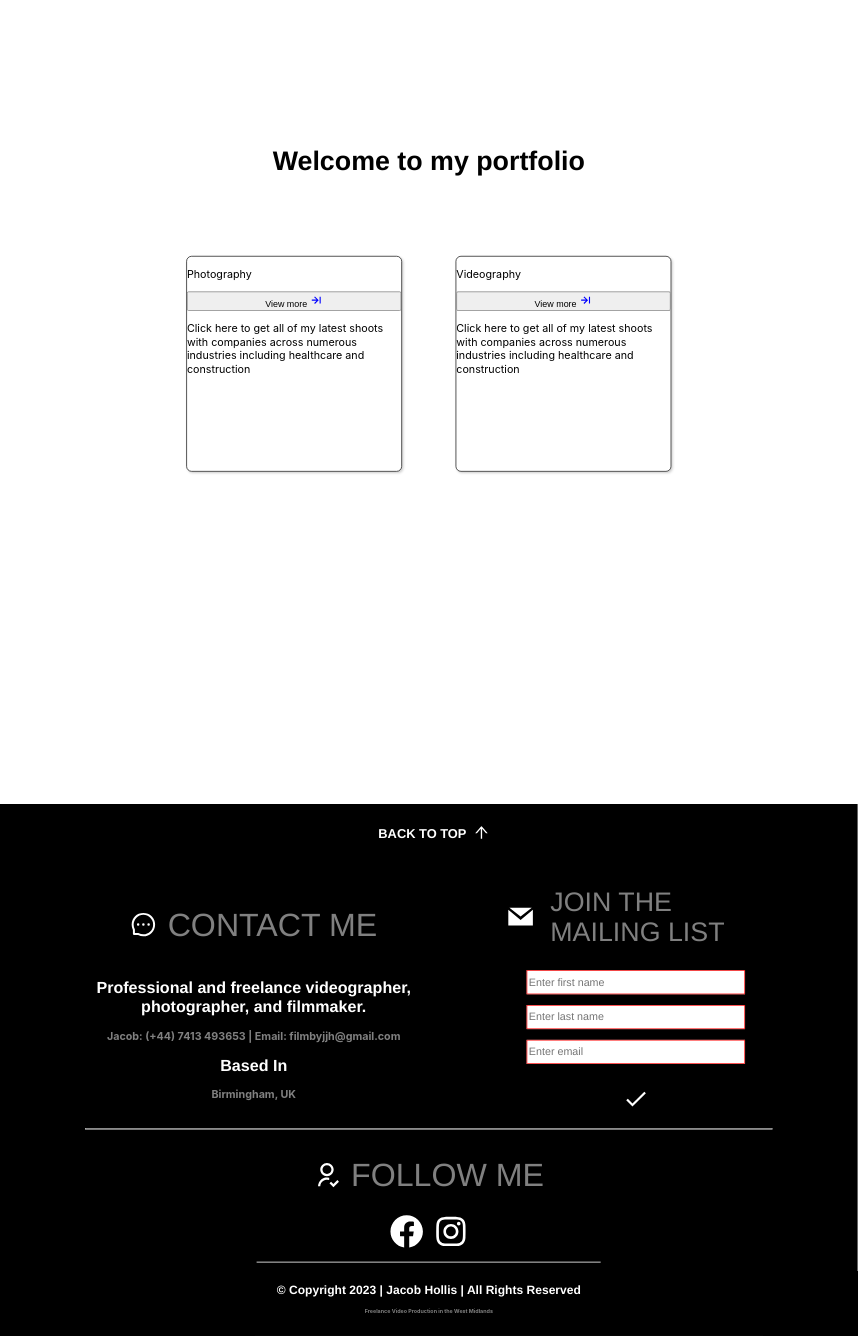
Repository: ThomasMTurner/filmbyjjh-portfolio
Page: /portfolio (app in client/)
An editor plug-in stored every save of this project. The page is shown before and after the next save, followed by the edit.
The browser window is 1280 px wide. The pictures show the whole page, at 67% of full size.
The project was rebuilt for these pictures with package versions that can differ from the ones it lists, and the page was loaded fresh each time. Also part of the build but not shown: client/vite.config.js, client/src/pages/Components/TagComponents.jsx, client/src/pages/Components/Post.jsx, client/src/pages/Components/SearchBar.jsx, client/src/pages/Updates.jsx, client/src/pages/Contact.jsx, client/src/pages/Components/InitialLogin.jsx, client/src/pages/Home.jsx and 2 more. Imported but missing from the stored project, and not drawn on this page: client/src/pages/Components/Videos/header.mp4, client/src/pages/Components/Videos/portfolio-reel.mp4.

Above is the page before, as saved 2023-10-20 12:48:02.

### client/public/index.html
<!DOCTYPE html>
<html lang="en">
  <head>
    <meta charset="utf-8" />
    <link rel="icon" href="%PUBLIC_URL%/favicon2.ico" />
    <meta name="viewport" content="width=device-width, initial-scale=1" />
    <meta name="theme-color" content="#000000" />
    <meta
      name="description"
      content="Web site created using create-react-app"
    />
    <link rel="apple-touch-icon" href="%PUBLIC_URL%/logo192.png" />
    <!--
      manifest.json provides metadata used when your web app is installed on a
      user's mobile device or desktop. See https://developers.google.com/web/fundamentals/web-app-manifest/
    -->
    <link rel="manifest" href="%PUBLIC_URL%/manifest.json" />
    <!--
      Notice the use of %PUBLIC_URL% in the tags above.
      It will be replaced with the URL of the `public` folder during the build.
      Only files inside the `public` folder can be referenced from the HTML.

      Unlike "/favicon.ico" or "favicon.ico", "%PUBLIC_URL%/favicon.ico" will
      work correctly both with client-side routing and a non-root public URL.
      Learn how to configure a non-root public URL by running `npm run build`.
    -->
    <title>FILM.BY.JJH</title>
  </head>
  <body>
    <noscript>You need to enable JavaScript to run this app.</noscript>
    <div id="root"></div>
    <!--
      This HTML file is a template.
      If you open it directly in the browser, you will see an empty page.

      You can add webfonts, meta tags, or analytics to this file.
      The build step will place the bundled scripts into the <body> tag.

      To begin the development, run `npm start` or `yarn start`.
      To create a production bundle, use `npm run build` or `yarn build`.
    -->
  </body>
</html>

### client/src/index.jsx
import React from 'react';
import ReactDOM from 'react-dom/client';
import './index.css';
import App from './App';
import { UserRoleProvider } from './userRoleContext';


const root = ReactDOM.createRoot(document.getElementById('root'));
root.render(
  <React.StrictMode>
    <UserRoleProvider>
      <App />
    </UserRoleProvider>
  </React.StrictMode>
);

### client/src/App.jsx
import { useLocation, useNavigate, Route, Outlet, BrowserRouter as Router, Routes} from 'react-router-dom';
import { useEffect, useState, Suspense } from 'react';
import { CSSTransition } from 'react-transition-group';
import { ColorRing } from 'react-loader-spinner';
import React from 'react';
import NavBar from "./pages/Components/Navbar"
import Footer from "./pages/Components/Footer";
import Updates from './pages/Updates';
import Contact from './pages/Contact';
import Home from './pages/Home';
import { EventHighlights, PromotionalMaterial } from './pages/Videography';
import SubNav from './pages/Components/SubNav';
import Portfolio from './pages/Portfolio';


//page to capture individual shoots or projects, want back button at top right with title

const VideoPage = () => {
  const navigate = useNavigate();
  const location = useLocation();

  useEffect(() => {
    if (location.pathname == '/video'){
      navigate('/video/event-highlights');
    }
  }, [navigate, location]);

  return (
    <div className='video-page-wrapper'>
      <div className='sideline-content'>
        <SubNav
          title="Videography Content"
          parentLink="video"
          links={{"Event highlights": "event-highlights", "Promotional material": "promotional-material", "Drone footage": "my-first-highlight-reel" }}
          subLinks={{'event highlights': {"Shoots": {"Atlas Gym": "/video/links/atlas-gym"}, "Individual projects":{}}}}
          className='subnav'
        />
        <p className='sideline-content-text'>Welcome to the videography page, you can view all of my highlighted video projects on the right by scrolling. You can also look into each project by clicking on the button inside the caption. </p>
      </div>

      <div className='page-content-wrapper'>
        <Routes>
          <Route path="/event-highlights" element={<EventHighlights />} />
          <Route path="/promotional-material" element={<PromotionalMaterial />} />
        </Routes>
      </div>
    </div>
  );
};




const PhotoPage = () => {
    const navigate = useNavigate();
    const location = useLocation();

    useEffect(() => {
      if (location.pathname == '/video'){
        navigate('/video/event-highlights');
      }
    }, [navigate, location]);

    return (
      <div className='photo-page-wrapper'>
        <SubNav
          title="Photography Content"
          parentLink="photo"
          links={{}}
        />
        <Routes>
          <Route path="/" element={<EventHighlights />} />
        </Routes>
      </div>
    );

}


const LoadingPage = () => {
  return (
    <div className='loading-page'>
      <ColorRing
        className='loading-spinner'
        visible={true}
        height="100"
        width="100"
        ariaLabel="blocks-loading"
        wrapperStyle={{}}
        wrapperClass="blocks-wrapper"
        colors={['#000000', '#808080', '#C0C0C0', '#808080', '#000000']}
    />

      <p>Loading, please wait...</p>
    </div>
  )
}


const Layout = () => {
  const [showFooter, setShowFooter] = useState(false);

  useEffect(() => {
    const handleScroll = () => {
      const content = document.getElementById('content');
      if (content) {
        const scrollOffset = content.offsetHeight - document.documentElement.clientHeight;
        setShowFooter(window.pageYOffset >= scrollOffset);

      }
    };

    window.addEventListener('scroll', handleScroll);

    return () => {
      window.removeEventListener('scroll', handleScroll);
    };
  }, []);


      return (
        <div className='layout-wrapper'>
          <CSSTransition
           in={!showFooter}
           timeout={300}
           classNames='nav-transition'
           unmountOnExit>
            <NavBar id='nav' />
          </CSSTransition>
          <div id="content">
            <Outlet/>
          </div>
          <Footer/>
        </div>
      );
    };

/*
Notes for later:


*/


export default function App() {
  return (
    <div className="App">
      <Router>
        <Suspense fallback={<LoadingPage />} timeout={200}>
          <Routes>
            <Route path="/" element={<Layout />}>
              <Route index element={<Home />} />
              <Route path="/updates" element={<Updates />} />
              <Route path="/contact" element={<Contact />} />
              <Route path="/portfolio" element={<Portfolio/>} />
                <Route path="/portfolio/video/*" element={<VideoPage />} />
                <Route path="/portfolio/photo/*" element={<PhotoPage />} />
            </Route>
          </Routes>
        </Suspense>
      </Router>
    </div>
  );
}

### client/src/userRoleContext.jsx
import {useState, createContext} from 'react';

export const UserRoleContext = createContext();

export const UserRoleProvider = ({children}) => {
    const [userRole, setUserRole] = useState(null);
    return (
        <UserRoleContext.Provider value ={{userRole, setUserRole}}>
            {children}
        </UserRoleContext.Provider>
    );
};

### client/src/pages/Components/Navbar.jsx
import './main_styles.css'
import JacobLogo from './Images/jacob-logo.jpg';
import { useState, useEffect } from 'react';
import { NavLink } from 'react-router-dom';
import { motion } from 'framer-motion';
import Hamburger from 'hamburger-react';
import { CSSTransition } from 'react-transition-group';
import classNames from 'classnames';
import {BiSolidRightArrow} from 'react-icons/bi';



function DropDownMenu(props) {
  const isMobileNav = props.isMobileNav;

  const mobileContainer = {
    hidden: {
      opacity:0,
      y: -10
    },
    show: {
      opacity: 1,
      transition: {
        staggerChildren: 0.2,
        duration: 0.5
      },
      y:0
    }
  }

  const mobileItem = {
    hidden: {
      opacity: 0,
      y: -10
    },
    show: {
      opacity: 1,
      y: 0

    }
  }

  if (isMobileNav){
  return (
  <motion.div
    variants = {mobileContainer}
    initial = "hidden"
    animate = "show"
            >

        <ul className='test-sub-menu' onMouseLeave={() => (!isMobileNav) && props.setVideoSubMenu(false)}>
          {Object.entries(props.links).map(([key, value], index) => (
            <motion.div
                        whileHover={{x:5}}
                        transition={{type:"string", duration:0.2, stiffness:300, damping:50}}
                        initial= "hidden"
                        animate= "show"
                        variants={mobileItem}
                        >
              <li>

                <NavLink
                  exact
                  to={value}
                  className={({ isActive }) => (isActive ? 'active-sub-nav-item' : 'sub-nav-item')}
                  key={index}
                >
                  {key}
                </NavLink>
              </li>
            </motion.div>
          ))}
        </ul>
    </motion.div>

  );
   }
  else {
    return (
      <motion.div initial={{x:200, y:-65, opacity:0}}
                  animate ={{y:-55, opacity:1}}
                  transition={{type:"string", duration:0.2, stiffness:300, damping:50}}>
        <ul className='test-sub-menu' onMouseLeave={() => (!isMobileNav) && props.setVideoSubMenu(false)}>
          {Object.entries(props.links).map(([key, value], index) => (
            <motion.div transition={{type:"string", duration:0.2, stiffness:300, damping:50}}>
              <li>
                <NavLink
                  exact
                  to={value}
                  className={({ isActive }) => (isActive ? 'active-sub-nav-item' : 'sub-nav-item')}
                  key={index}
                >
                  {key}
                </NavLink>
              </li>
            </motion.div>
          ))}
        </ul>
      </motion.div>
    )
  }
}





export default function NavBar() {
    const [isToggled, setToggled] = useState(false);
    const [isMobileNav, setMobileNav] = useState(false);
    const [VideoSubMenu, setVideoSubMenu] = useState(false);
    const [dimensions, setDimensions] = useState({width:null, height:null})
    const [dropDownOpener, setDropDownOpener] = useState('+');


    const handleToggle = () => {
      setToggled(!isToggled);
    }


    function useDimensions() {
      useEffect(() => {
        const handleDimensions = () => {
          setDimensions({ width: window.innerWidth, height: window.innerHeight });
        };
        window.addEventListener("resize", handleDimensions);
        handleDimensions();
        return () => window.removeEventListener("resize", handleDimensions);
      }, []);
    }

    function useResize() {
      useEffect(() => {
        const handleResize = () => {
          const width = window.innerWidth;
          setMobileNav(width <= 768);
          setToggled(!isMobileNav)
        };

        window.addEventListener("resize", handleResize);
        handleResize();
        return () => window.removeEventListener("resize", handleResize);
      }, []);
    }




    const logoClasses = classNames({
      'main-logo-wrapper': true,
      'logo-reposition': isMobileNav
    })


    const handleMobileDropDownClick = () => {
      setVideoSubMenu(!VideoSubMenu);
      if (dropDownOpener == '+'){
        setDropDownOpener('-');
      }
      else{
        setDropDownOpener('+');
      }
    }



    useDimensions()
    useResize()



    return (

    <div className="app-wrapper">
      <nav className='Navigation'>
        <div className={logoClasses}>
          <img src={JacobLogo} className="main-logo" alt="Jacob's Logo"/>
        </div>
        <button onClick={() => handleToggle()} className="hamburger-menu-icon">
          <Hamburger toggled={isToggled} toggle={setToggled} size={30} color={"white"} />
        </button>
          {isToggled &&

              <ul className="nav-wrapper">
                <li>
                  <NavLink exact to="/" className={({ isActive }) => (isActive ? 'active-nav-item' : 'nav-item')}>Home</NavLink>
                </li>
                <li>
                  <NavLink exact to="/updates" className={({ isActive }) => (isActive ? 'active-nav-item' : 'nav-item')}>Updates</NavLink>
                </li>
                <li onMouseEnter={() => (!isMobileNav) && setVideoSubMenu(true)} onMouseLeave ={() => (!isMobileNav) && setVideoSubMenu(false)}>
                  <NavLink exact to="/portfolio" className={({ isActive }) => (isActive ? 'active-nav-item' : 'nav-item')}>Portfolio</NavLink>
                  {isMobileNav && <button className='drop-down-mobile-button' onClick={() => handleMobileDropDownClick()}> {dropDownOpener} </button>}
                  {VideoSubMenu && (
                    <DropDownMenu
                      VideoSubMenu={VideoSubMenu}
                      setVideoSubMenu={setVideoSubMenu}
                      isMobileNav={isMobileNav}
                      links={{ 'Home': '/portfolio', 'Videography': '/portfolio/video', 'Photography': '/portfolio/photo' }}
                    />

  )}
                </li>
                <li>
                  <NavLink exact to="/contact" className={({ isActive }) => (isActive ? 'active-nav-item' : 'nav-item')}>Contact</NavLink>
                </li>
              </ul>


          }

      </nav>
    </div>

    );

  }

### client/src/pages/Portfolio.jsx
import { useNavigate } from 'react-router-dom';
import { BiArrowToRight } from 'react-icons/bi';

const PortfolioCard = (props) => {
    const navigate = useNavigate();
    return (
        <div className='portfolio-card'>
            <p>{props.title}</p>
            <button type="button" onClick={() => navigate(`/portfolio/${props.title.toLowerCase().slice(0, 5)}`)}>View more <BiArrowToRight color={'blue'} size={20} /></button>
            <p>{props.desc}</p>
        </div>
    )
}
export default function Portfolio() {
    return(
        <div style={{display:'flex', flexDirection:'column', justifyContent:'center', alignItems:'center', width:'100%', gap:'5rem', minHeight:'75rem', position:'relative', bottom:'10rem'}}>
            <p style={{fontFamily:'helvetica', fontWeight:'bold', fontSize:'2.5rem'}}>Welcome to my portfolio</p>
            <div style={{display:'flex', flexDirection:'row', justifyContent:'center', alignItems:'center', width:'100%', gap:'5rem'}}>
                <PortfolioCard title="Photography" desc="Click here to get all of my latest shoots with companies across numerous industries including healthcare and construction" />
                <PortfolioCard title="Videography" desc="Click here to get all of my latest shoots with companies across numerous industries including healthcare and construction" />
            </div>
        </div>
    )
}

### client/src/pages/Components/ScrollButton.jsx
import './main_styles.css';
import { useState } from 'react';
import {AiOutlineArrowUp} from 'react-icons/ai';

export default function ScrollButton () {
    const [iconActive, setIconActive] = useState(false);
    const handlePress = () => {
        window.scrollTo({top:0, left:0, behavior:"smooth"});
    }

    const handleIconState = () => {
        setIconActive(!iconActive);
    }

    const handleIconColour = () => {
        if (iconActive) {
            return 'gray';
        }
        else {
            return 'white';
        }
    }


    return (
        <div className='scroll-button-wrapper' onMouseEnter={handleIconState} onMouseLeave={handleIconState}>
            <button onClick={handlePress} className='scroll-button'>BACK TO TOP
            <AiOutlineArrowUp width='200' height='200' color={handleIconColour()} className='scroll-icon'/>
            </button>

        </div>
    );
}

Loaded but not shown: client/src/index.css (common file); client/src/pages/Components/main_styles.css (2531 lines, source omitted); client/src/pages/Components/Footer.jsx (238 lines, source omitted)

After the next save:
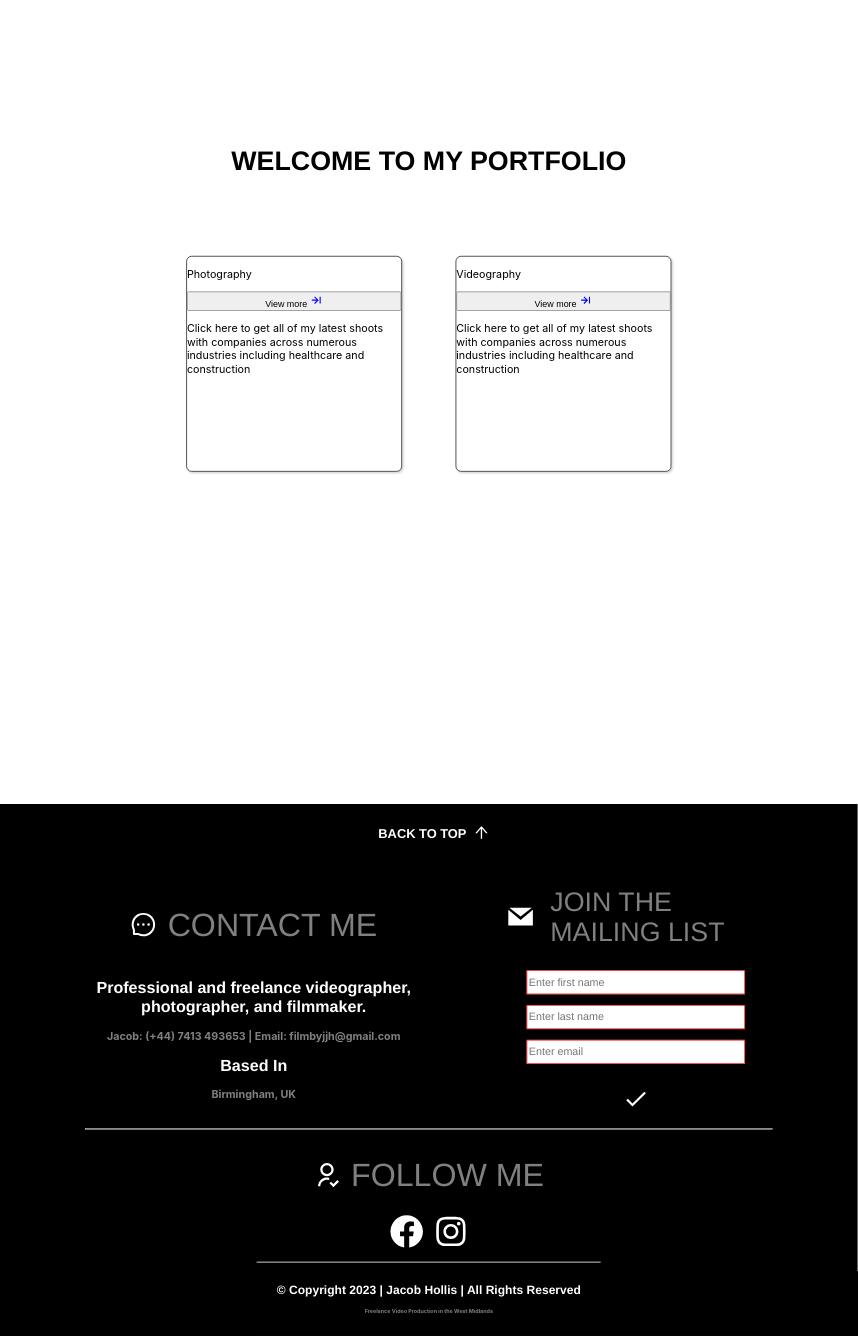
Saved 10 s later.
--- a/client/src/pages/Portfolio.jsx
+++ b/client/src/pages/Portfolio.jsx
@@ -14,7 +14,7 @@ const PortfolioCard = (props) => {
 export default function Portfolio() {
     return(
         <div style={{display:'flex', flexDirection:'column', justifyContent:'center', alignItems:'center', width:'100%', gap:'5rem', minHeight:'75rem', position:'relative', bottom:'10rem'}}>
-            <p style={{fontFamily:'helvetica', fontWeight:'bold', fontSize:'2.5rem'}}>Welcome to my portfolio</p>
+            <p style={{fontFamily:'helvetica', fontWeight:'bold', fontSize:'2.5rem'}}>WELCOME TO MY PORTFOLIO</p>
             <div style={{display:'flex', flexDirection:'row', justifyContent:'center', alignItems:'center', width:'100%', gap:'5rem'}}>
                 <PortfolioCard title="Photography" desc="Click here to get all of my latest shoots with companies across numerous industries including healthcare and construction" />
                 <PortfolioCard title="Videography" desc="Click here to get all of my latest shoots with companies across numerous industries including healthcare and construction" />
